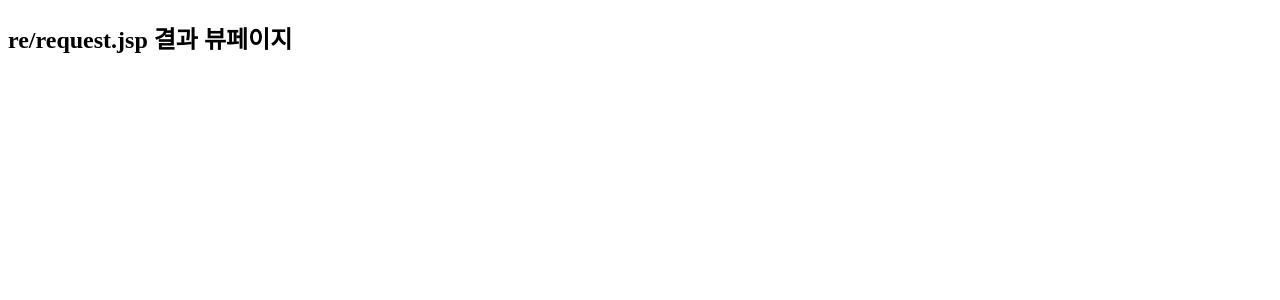
Repository: gotohellll/springweb
Page: http://localhost/espringweb/re/request.do
The author's editor kept a copy of each file at every save. The page is drawn from the files as they stood at one save, then again after the next save.
The browser window is 1280 px wide. The pictures show the whole page.
The page is served by Tomcat 9.

Above is the page before, as saved 2025-05-02 05:56:45.

After the next save:
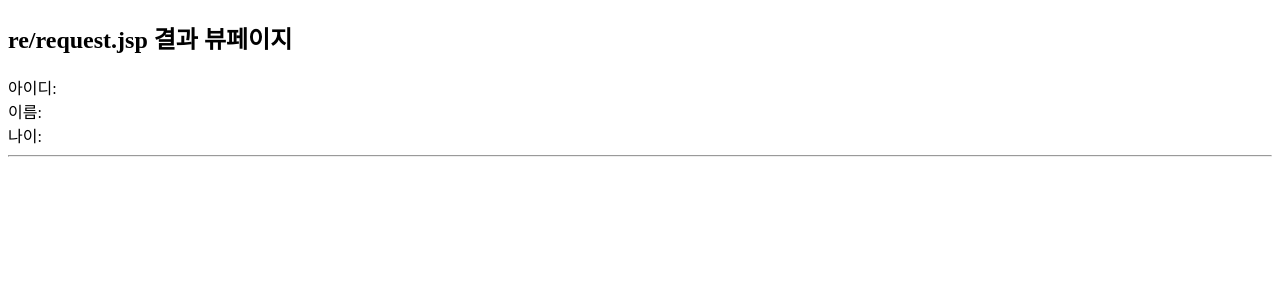
Saved 58 s later.
--- a/espringweb/src/main/webapp/WEB-INF/views/re/request.jsp
+++ b/espringweb/src/main/webapp/WEB-INF/views/re/request.jsp
@@ -9,5 +9,11 @@
 <body>
 
 <h2>re/request.jsp 결과 뷰페이지</h2>
+
+아이디: ${param.id} <br/>
+이름: ${param.name} <br/>
+나이: ${param.age} <br/>
+
+<hr/>
 </body>
 </html>
